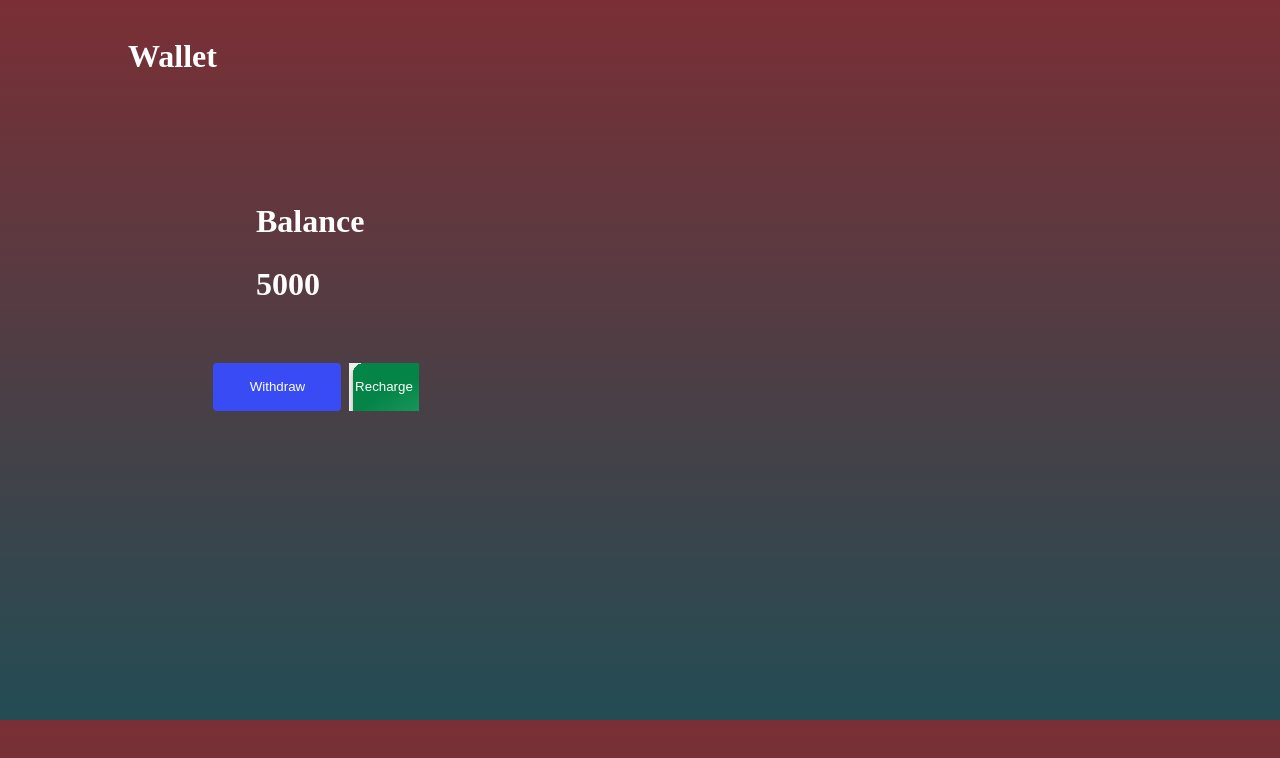
Repository: jagan607/N-Kalari
Page: /
These files come from the project's save history. The page is drawn as it stood at one moment and after the next save; the edit follows.
The browser window is 1280 px wide. The pictures show the whole page.
The project was rebuilt for these pictures with package versions that can differ from the ones it lists, and the page was loaded fresh each time. Also part of the build but not shown: src/App.css, src/helpers/firebase.js, src/components/Login/Login.js.

Above is the page before, as saved 2022-01-07 17:59:04.

After the next save:
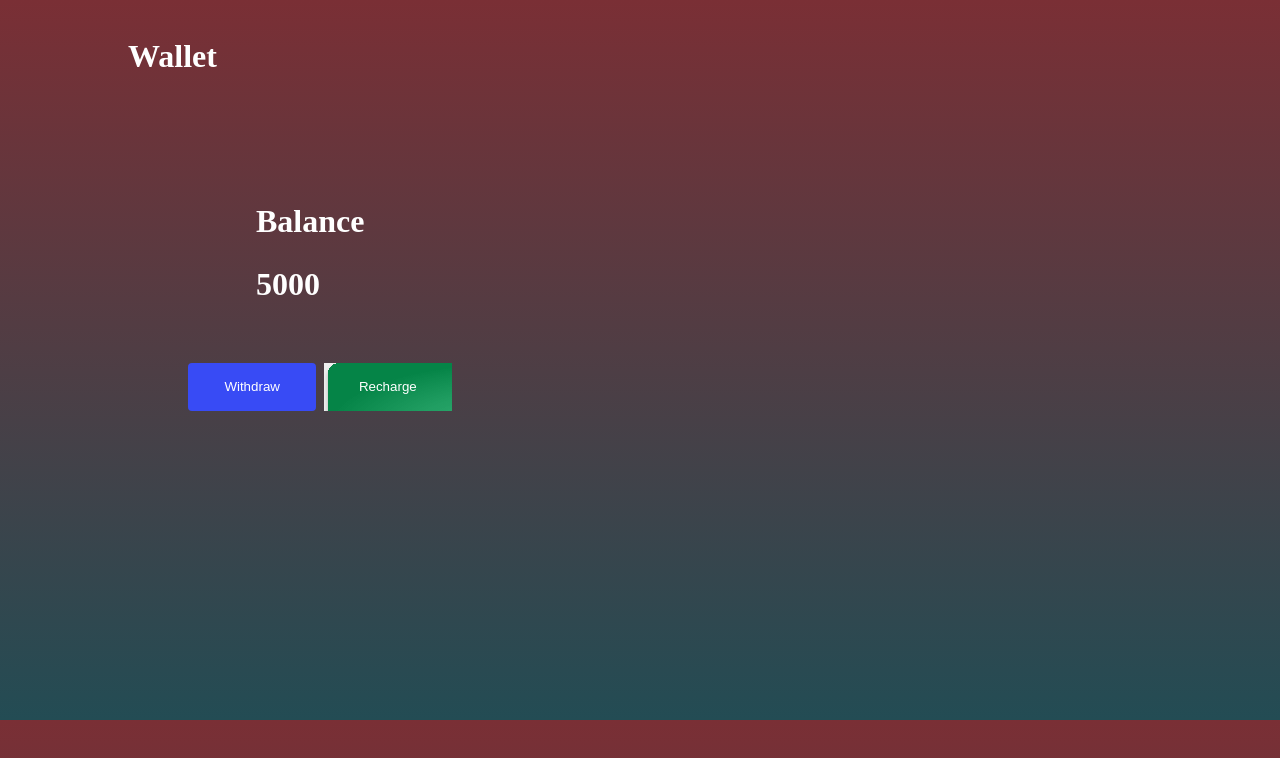
Saved 12 s later.
--- a/src/components/wallet/index.css
+++ b/src/components/wallet/index.css
@@ -39,10 +39,9 @@
 }
 
 .recharge{
-    margin-right: 2%;
+    width: 8rem;
     height: 3rem;
     background-image: url("data:[embedded picture, 1436 characters]");
     color: white;
-
     border: none;
 }
